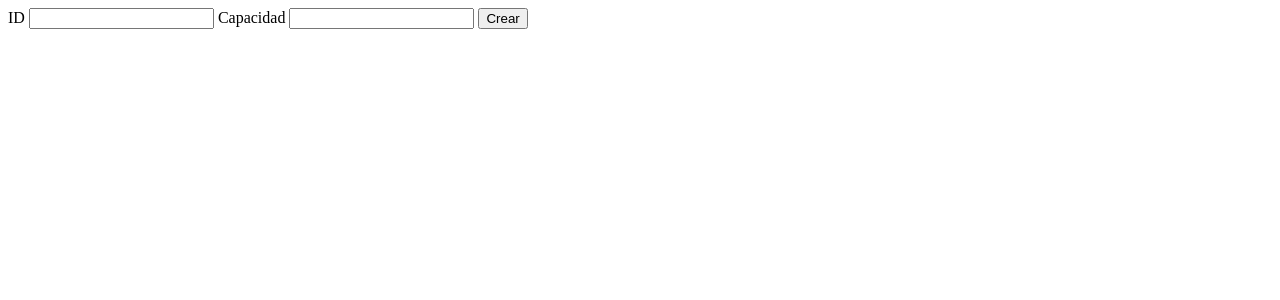
Repository: Robin-Rivadeneira/prueva_pablo
Page: index.html
The author's editor kept a copy of each file at every save. The page is drawn from the files as they stood at one save, then again after a run of saves.
The browser window is 1280 px wide. The pictures show the whole page.

Above is the page before, as saved 2020-01-16 20:21:00.

After the next 2 saves:
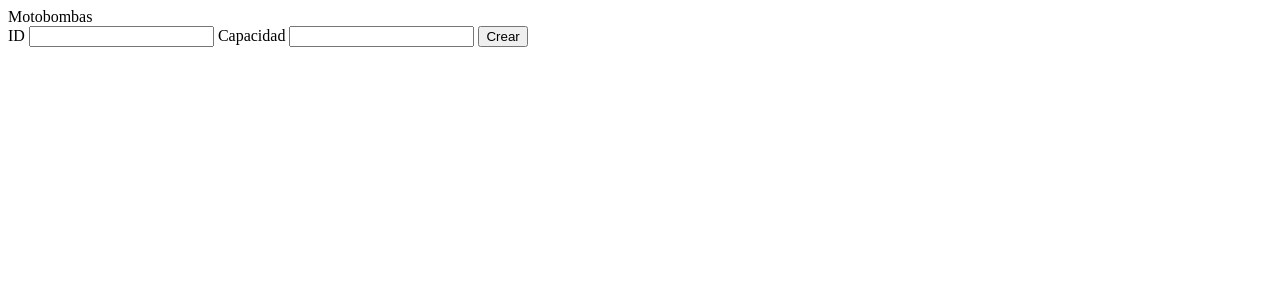
The 2 saves are shown as one change because they came seconds apart.
The last was saved 27 s later.
--- a/index.html
+++ b/index.html
@@ -4,7 +4,7 @@
     <meta charset="UTF-8">
     <meta name="viewport" content="width=device-width, initial-scale=1.0">
     <meta http-equiv="X-UA-Compatible" content="ie=edge">
-
+    <link href=""
     <title> Motobombas</title>
 </head>
 <body>

After the 2 saves that followed:
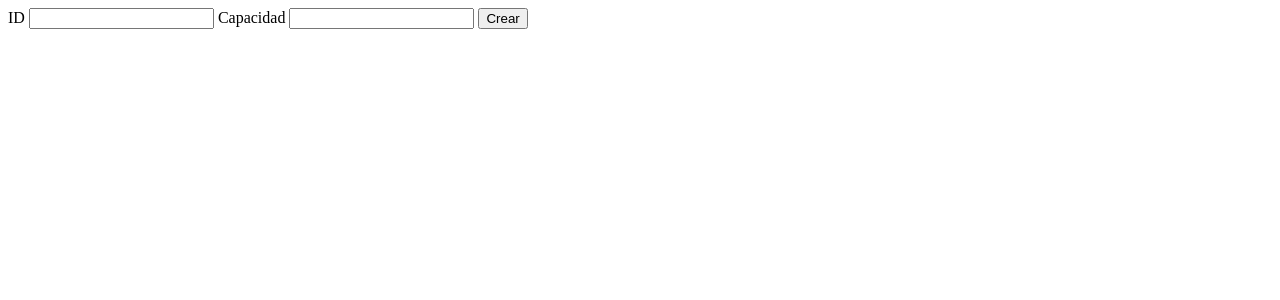
The 2 saves are shown as one change because they came seconds apart.
The last was saved 6 s later.
--- a/index.html
+++ b/index.html
@@ -4,7 +4,7 @@
     <meta charset="UTF-8">
     <meta name="viewport" content="width=device-width, initial-scale=1.0">
     <meta http-equiv="X-UA-Compatible" content="ie=edge">
-    <link href=""
+    <link href="/css/bomberos.css">
     <title> Motobombas</title>
 </head>
 <body>
